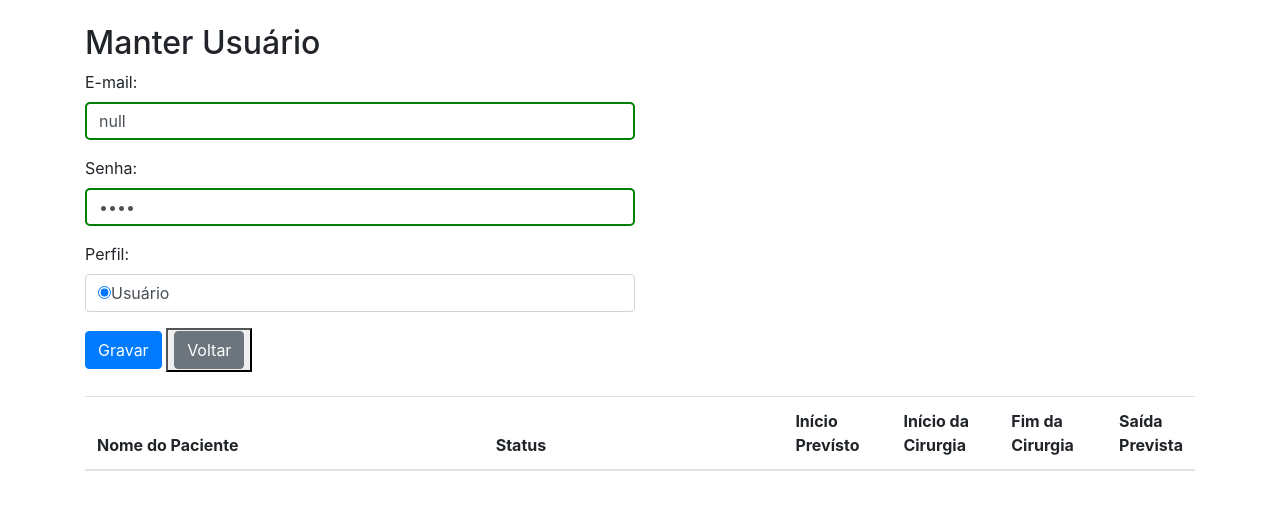
Repository: eduardo-r-jesus/Projeto_Centro_Cirurgico
Page: http://localhost/centro_cirurgico_web/formManterUsuario.jsp
The author's editor kept a copy of each file at every save. The page is drawn from the files as they stood at one save, then again after the next save.
The browser window is 1280 px wide. The pictures show the whole page.
The page is served by Tomcat 9.

Above is the page before, as saved 2021-09-07 01:29:35.

After the next save:
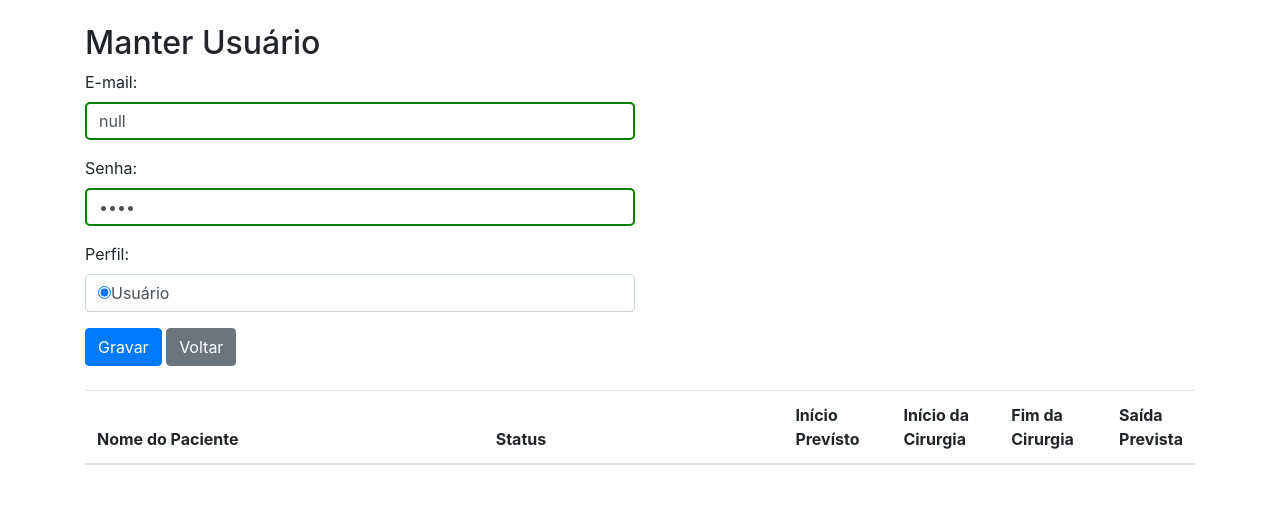
Saved 13 s later.
--- a/centro_cirurgico_web/src/main/webapp/formManterUsuario.jsp
+++ b/centro_cirurgico_web/src/main/webapp/formManterUsuario.jsp
@@ -86,13 +86,13 @@
 
 			<%
                 	if (usuario == null){ %>
-					<button><a href="formLogin.jsp" type="submit" class="btn btn-secondary"	value="voltar">Voltar</a></button>
+					<a href="formLogin.jsp" type="submit" class="btn btn-secondary"	value="voltar">Voltar</a>
 
             <%
             }else if(u.getId() > 0){
     			%>
 
-			<button><a href="cadastrousuarioservlet?acao=excluir&id=<%=u.getId()%>" type="submit" class="btn btn-danger" onclick="return confirm('Deseja realmente excluir o registro?')"	id="espacamento" value="Excluir">Apagar</a></button>
+			<a href="cadastrousuarioservlet?acao=excluir&id=<%=u.getId()%>" type="submit" class="btn btn-danger" onclick="return confirm('Deseja realmente excluir o registro?')"	id="espacamento" value="Excluir">Apagar</a>
 			<%
 				}else{
 			%>
